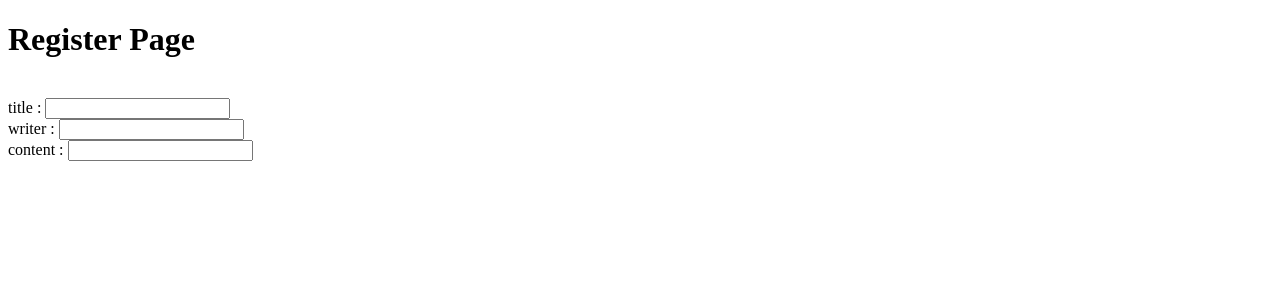
Repository: dfhdfhdfsza/_jsp_workspace3
Page: http://localhost/jsp_project/brd/register
The author's editor kept a copy of each file at every save. The page is drawn from the files as they stood at one save, then again after a run of saves.
The browser window is 1280 px wide. The pictures show the whole page.
The page is served by Tomcat 9. Other server files are loaded and not shown.

Above is the page before, as saved 2023-09-12 11:39:02.

### jsp_project/src/main/webapp/board/register.jsp
<%@ page language="java" contentType="text/html; charset=UTF-8"
    pageEncoding="UTF-8"%>
<!DOCTYPE html>
<html>
<head>
<meta charset="UTF-8">
<title>Insert title here</title>
</head>
<body>
	<h1>Register Page</h1>
	<form action="/brd/register" method="post"> <br>
		title : <input type="text" name="title"><br>
		writer : <input type="text" name="writer"><br>
		content : <input type="text" name="content"><br>


	</form>
</body>
</html>

### jsp_project/src/main/java/controller/BoardController.java
package controller;

import java.io.IOException;

import javax.servlet.RequestDispatcher;
import javax.servlet.ServletException;
import javax.servlet.annotation.WebServlet;
import javax.servlet.http.HttpServlet;
import javax.servlet.http.HttpServletRequest;
import javax.servlet.http.HttpServletResponse;

import org.slf4j.Logger;
import org.slf4j.LoggerFactory;

import service.BoardService;
import service.BoardServiceImpl;


@WebServlet("/brd/*")
public class BoardController extends HttpServlet {
	private static final long serialVersionUID = 1L;
	//로그기록 객체 생성
	private static final Logger log=LoggerFactory.getLogger(BoardController.class);
	private RequestDispatcher rdp; //jsp에서 받은 요청을 처리,결과를 다른 jsp로 보내는 역할을 하는 객체
	private String destPage; //목적지 주소 기록 변수
	private int isOk; //DB의 구문 체크 값 저장
	//controller <-> service,service <-> dao
	private BoardService bsv;//아직 미구현 (service-> interface)

    public BoardController()
    {
        bsv=new BoardServiceImpl();

    }


	protected void service(HttpServletRequest request, HttpServletResponse response) throws ServletException, IOException
	{
		//모든 처리가 이루어지는 부분
		//각 객체의 인코딩 설정
		request.setCharacterEncoding("utf-8");
		response.setCharacterEncoding("utf-8");
		response.setContentType("text/html; charset=UTF-8");

		String uri=request.getRequestURI();//jsp에서 오는 요청 주소
		log.info("uri"+uri);
		String path=uri.substring(uri.lastIndexOf("/")+1);
		log.info("실제 요청 경로>>"+path);
		switch(path)
		{
		case "register":
			destPage="/board/register.jsp";
			break;

		}
		//목적지 데이터 경로로 전달해주는 객체(requestDispatcher)
		rdp=request.getRequestDispatcher(destPage);
		rdp.forward(request, response);//요청에 필요한 객체를 가지고,경로로 이동

	}


	protected void doGet(HttpServletRequest request, HttpServletResponse response) throws ServletException, IOException
	{

		service(request,response);
	}

	protected void doPost(HttpServletRequest request, HttpServletResponse response) throws ServletException, IOException
	{
		service(request,response);
	}

}

### jsp_project/src/main/java/service/BoardServiceImpl.java
package service;

public class BoardServiceImpl implements BoardService {

}

After the next 2 saves:
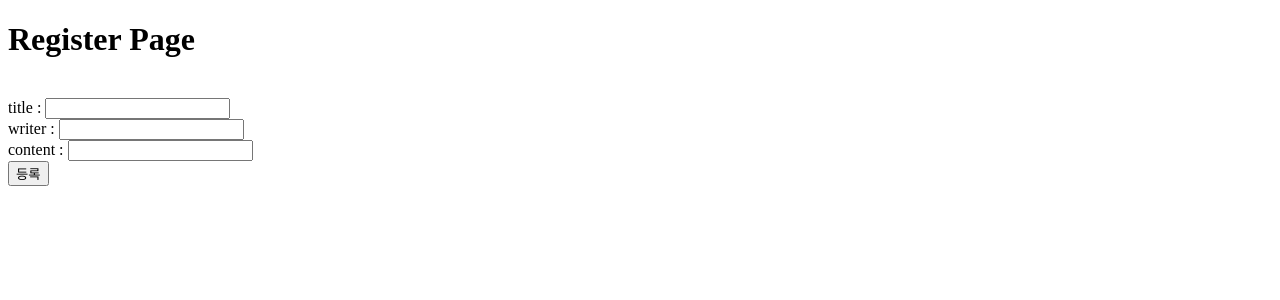
The 2 saves are shown as one change because they came seconds apart.
The last was saved 34 s later.
--- a/jsp_project/src/main/webapp/board/register.jsp
+++ b/jsp_project/src/main/webapp/board/register.jsp
@@ -12,8 +12,8 @@
 		title : <input type="text" name="title"><br>
 		writer : <input type="text" name="writer"><br>
 		content : <input type="text" name="content"><br>
+		<button type="submit">등록</button>
+	</form>
 
-
-	</form>
 </body>
 </html>
